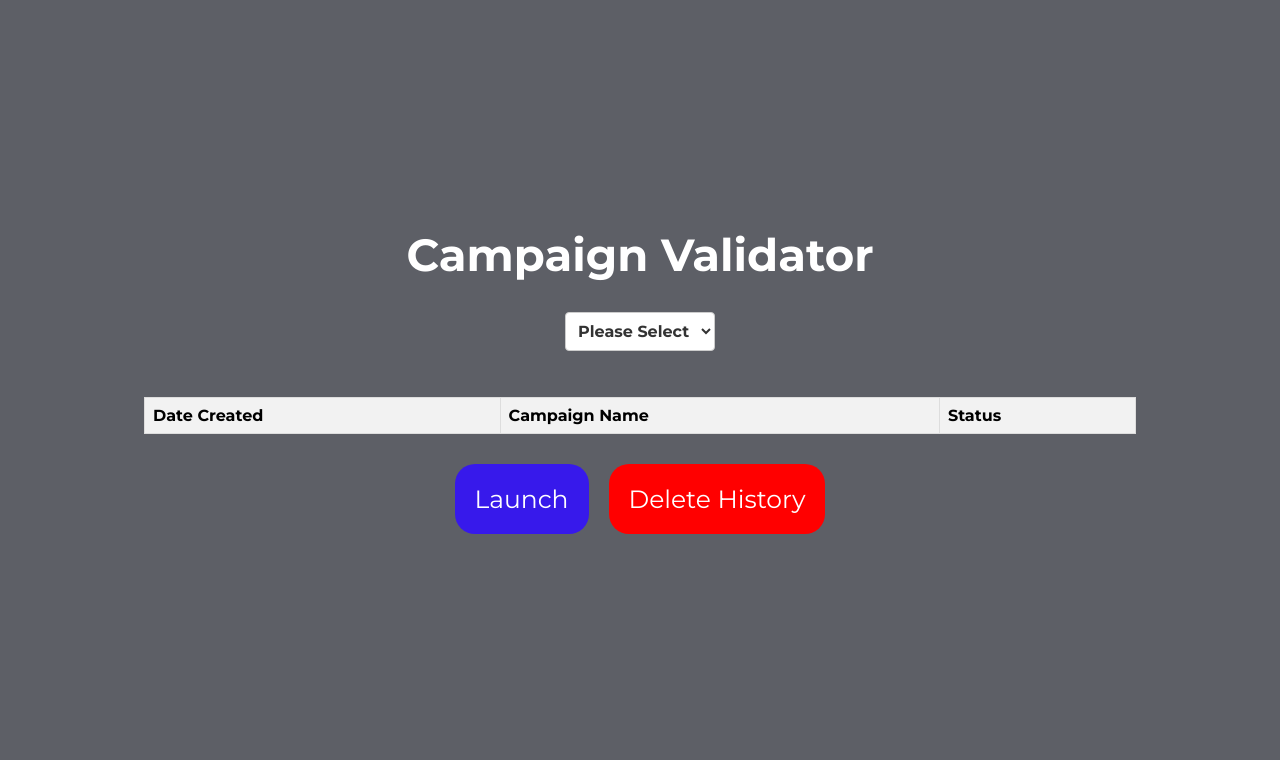
Repository: AbApin/project
Page: / (app in frontend/)
The author's editor kept a copy of each file at every save. The page is drawn from the files as they stood at one save, then again after the next save.
The browser window is 1280 px wide. The pictures show the whole page.
The page's requests for data from a server got no answer. The project was rebuilt for these pictures with package versions that can differ from the ones it lists, and the page was loaded fresh each time. No one was signed in, and anything a server would have sent is missing. Also part of the build but not shown: frontend/vue.config.js.

Above is the page before, as saved 2023-02-22 12:15:09.

After the next save:
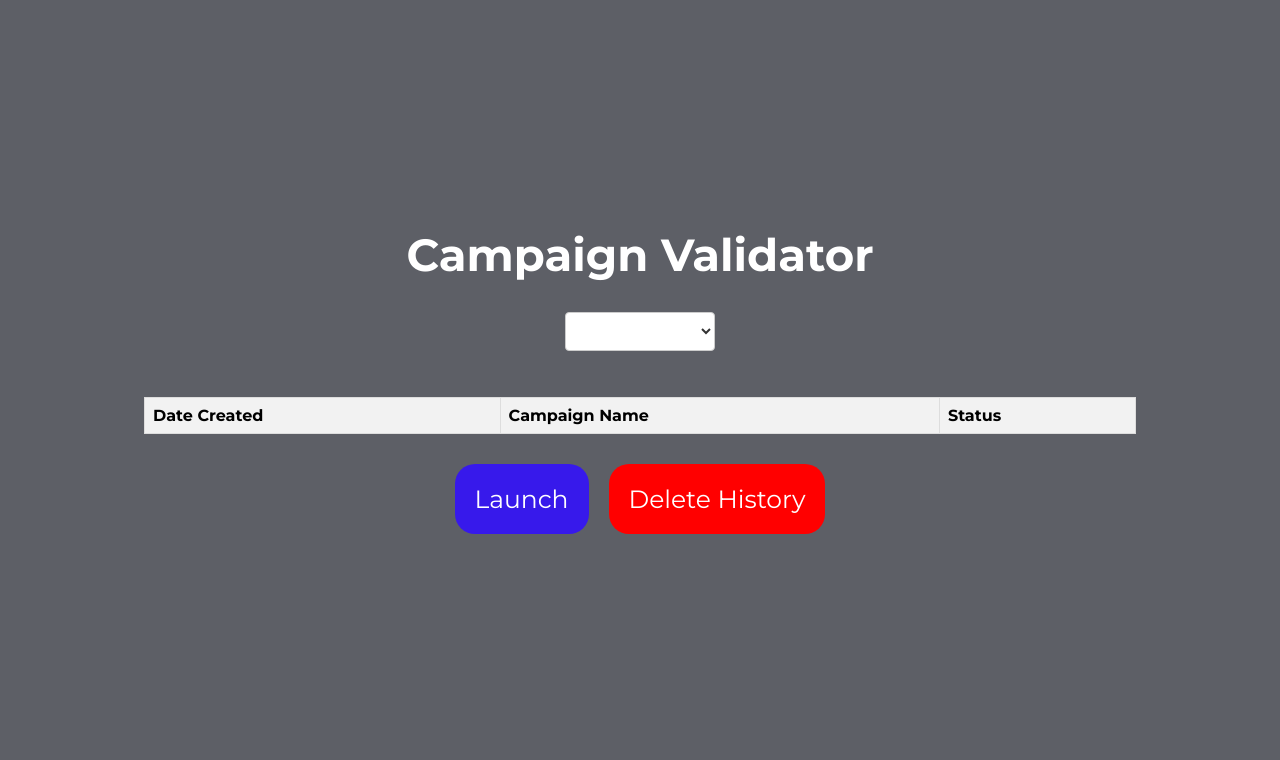
Saved 92 s later.
--- a/frontend/src/components/CampaignList.vue
+++ b/frontend/src/components/CampaignList.vue
@@ -1,5 +1,5 @@
 <template>
-  <select class="campaignsList" v-model="selectedCampaign" @input="emitSelectedCampaign">
+  <select class="campaignsList" :v-model="selectedCampaign" @input="emitSelectedCampaign">
     <option class="campaignOption" disabled value="">Please Select</option>
     <option
       class="campaignOption"

After the save that followed:
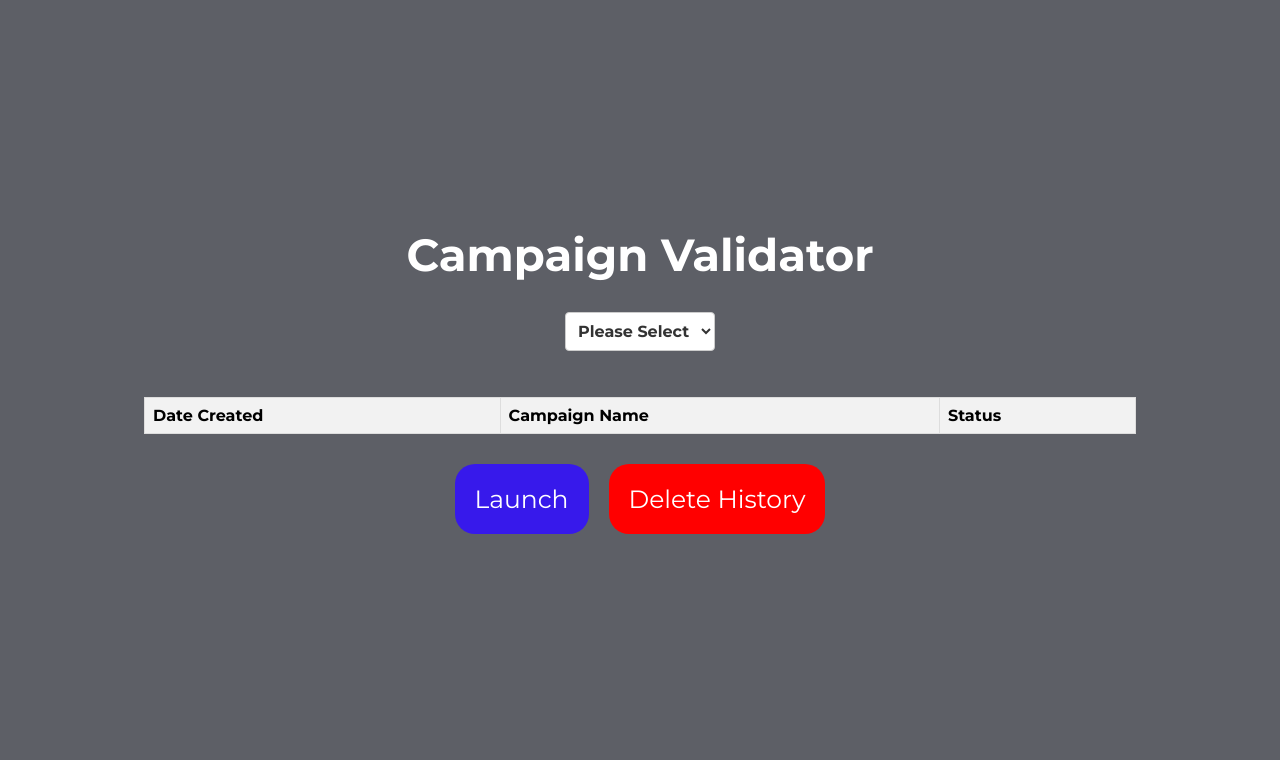
Saved 27 s later.
--- a/frontend/src/components/CampaignList.vue
+++ b/frontend/src/components/CampaignList.vue
@@ -1,5 +1,5 @@
 <template>
-  <select class="campaignsList" :v-model="selectedCampaign" @input="emitSelectedCampaign">
+  <select class="campaignsList" v-model="selectedCampaign" @input="emitSelectedCampaign">
     <option class="campaignOption" disabled value="">Please Select</option>
     <option
       class="campaignOption"
